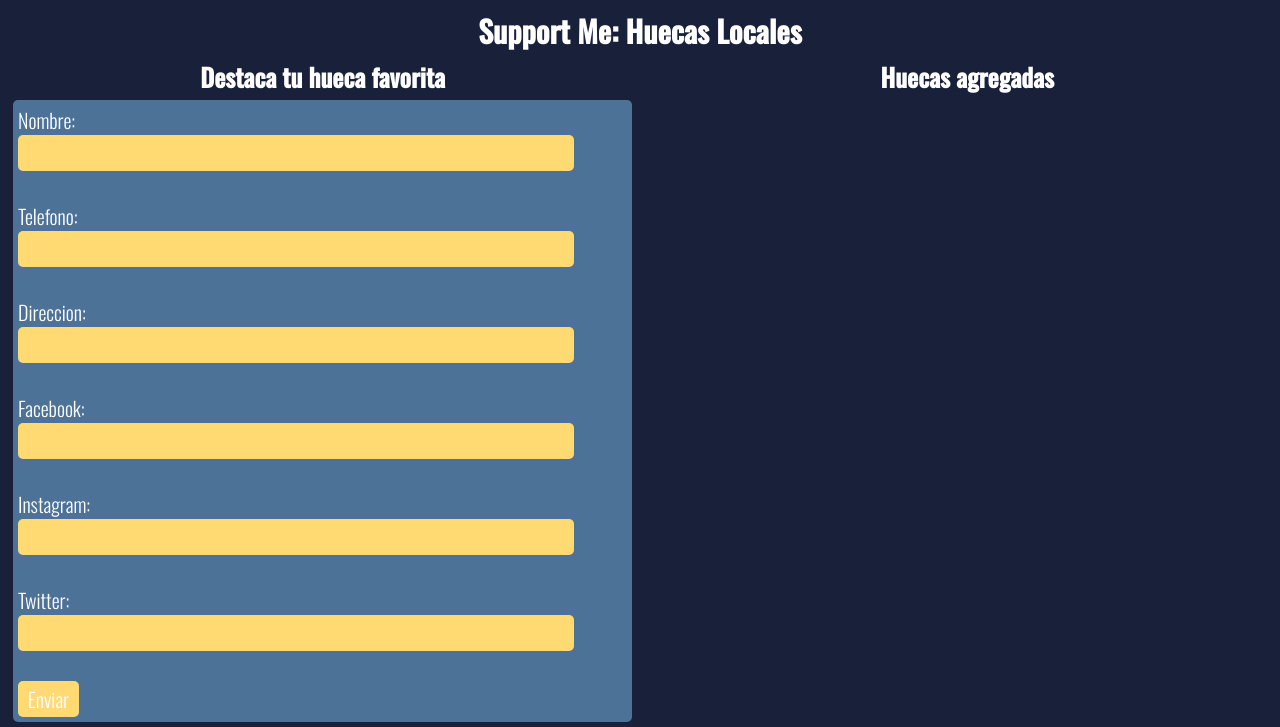
Repository: renzopachecoj/huecas-website
Page: index.html
The author's editor kept a copy of each file at every save. The page is drawn from the files as they stood at one save, then again after the next save.
The browser window is 1280 px wide. The pictures show the whole page.

Above is the page before, as saved 2020-08-01 15:33:02.

### index.html
<!DOCTYPE html>
<html>
<head>
    <title>Huecas</title>
    <link rel="stylesheet" href="styles.css">
</head>
<body>
    <h1>Support Me: Huecas Locales</h1>
    <div id="content">
    <div class="col">
        <h2>Destaca tu hueca favorita</h2>
        <form action="huecas.php" method="post">
            Nombre: <input type="text" name="nombre"><br>
            Telefono: <input type="tel" name="telefono"><br>
            Direccion: <input type="text" name="direccion"><br>
            Facebook: <input type="url" name="facebook"><br>
            Instagram: <input type="url" name="instagram"><br>
            Twitter: <input type="url" name="twitter"><br>
            <input type="submit" value="Enviar">
        </form>
    </div>
    <div class="col">
        <h2>Huecas agregadas</h2>
    </div>
</div>
</body>
</html>

### styles.css
@import url('https://fonts.googleapis.com/css2?family=Oswald:wght@300;500&display=swap');

* {
    font-family: 'Oswald', sans-serif;
    font-weight: lighter;
    font-size: 20px;
    color: #fff;
}
body{
    background-color: #18203a;
}
h1{
    font-size: 30px;
    font-weight: bold;
    width: 100%;
    text-align: center;
    margin: 5px 0px 5px 0px;
}
h2{
    font-size: 25px;
    font-weight: bold;
    width: 100%;
    text-align: center;
    margin: 0px 0px 5px 0px;
}
.col{
    display: flex;
    flex-direction: column;
    width: 49%;
}
#content{
    display: flex;
    flex-direction: row;
    float: left;
    column-gap: 2%;
    width: 100%;
    margin: 0px 5px 5px 5px;
}
input{
    width: 90%;
    margin: 0px 5px 0px 0px;
    border-radius: 5px;
    border-color: transparent;
    background-color: #FFD972;
}
input[value="Enviar"]{
    width: 10%;
    z-index: 100;
}
form{
    background-color: #4D7298;
    padding: 5px 5px 5px 5px;
    border-radius: 5px;
    display: flex;
    flex-direction: column;
}

After the next save:
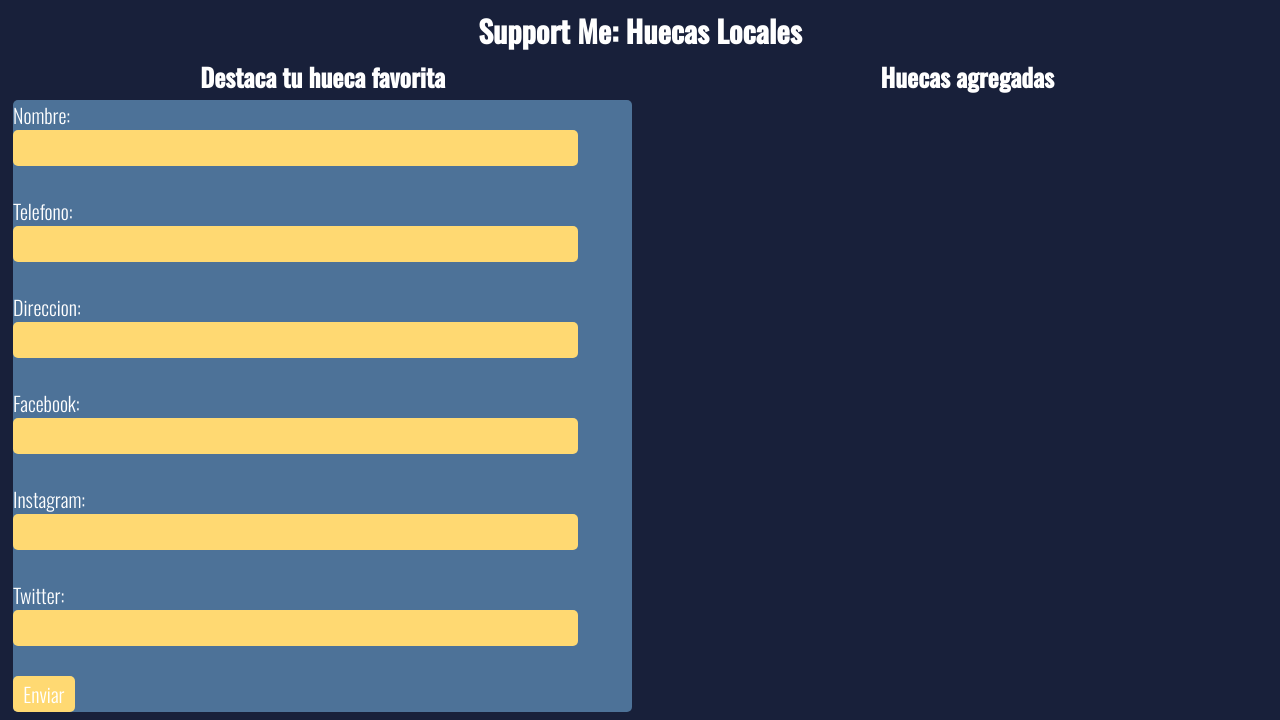
Saved 36 s later.
--- a/styles.css
+++ b/styles.css
@@ -38,7 +38,6 @@ h2{
 }
 input{
     width: 90%;
-    margin: 0px 5px 0px 0px;
     border-radius: 5px;
     border-color: transparent;
     background-color: #FFD972;
@@ -49,7 +48,6 @@ input[value="Enviar"]{
 }
 form{
     background-color: #4D7298;
-    padding: 5px 5px 5px 5px;
     border-radius: 5px;
     display: flex;
     flex-direction: column;
